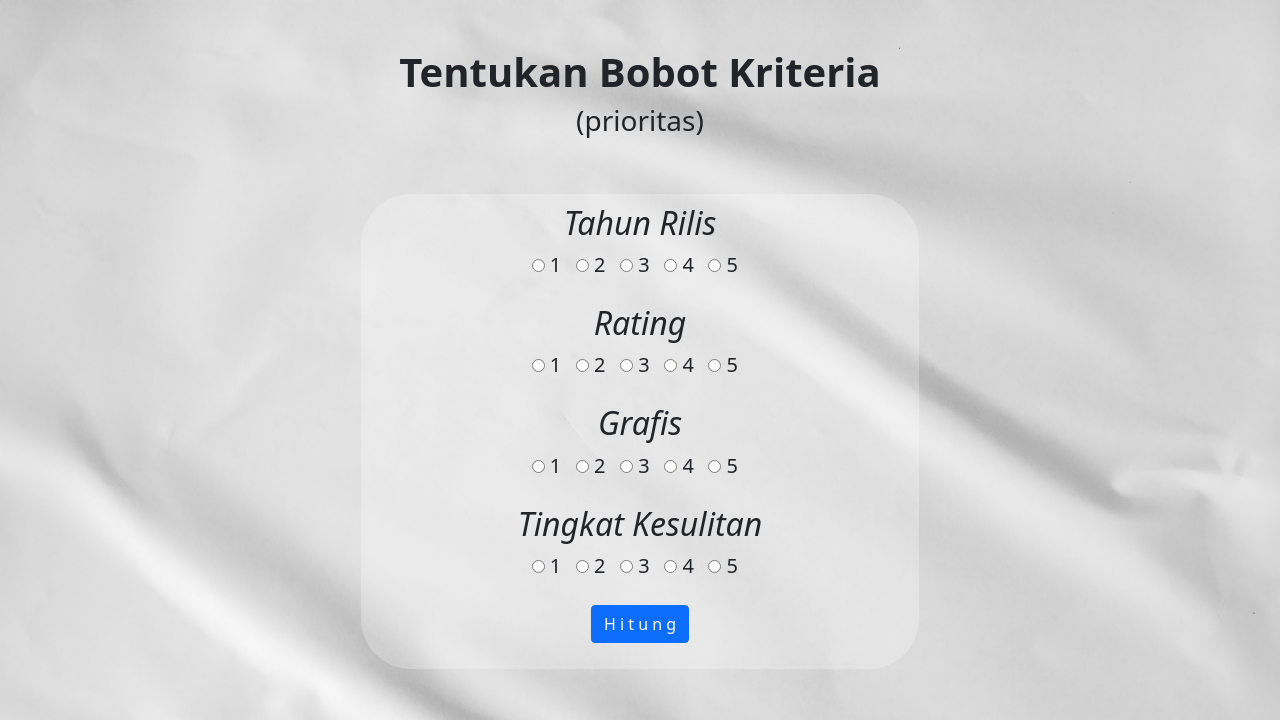
Repository: aqordeon/SPKWP
Page: http://localhost/hitungKriteria.php
The author's editor kept a copy of each file at every save. The page is drawn from the files as they stood at one save, then again after the next save.
The browser window is 1280 px wide. The pictures show the whole page.
The page is run by PHP 8.4 with error messages shown; the project is at /var/www/html/. Queries for data that is not in the repository find no rows.

Above is the page before, as saved 2021-01-13 23:52:02.

### hitungKriteria.php
<?php
        session_start();
        include "koneksi.php";

    ?><html lang="en">
<head>
    <meta charset="UTF-8">
    <meta name="viewport" content="width=device-width, initial-scale=1.0">
    <title>Bobot Kriteria</title>
    <link rel="stylesheet" href="css/bootstrap.css" type="text/css" />
    <style>
        body {
            background-image: url("images/whitepaper.jpg");
            background-color: #cccccc;
            background-size: cover;
        }
        label {
            font-size: 20px;
        }
    </style>
</head>
<body>
    <div class="container">
    <center>
        <Br><br>
        <h1><strong>Tentukan Bobot Kriteria</strong></h1>
        <h3>(prioritas)</h3>

        <br><br>
            <?php
                $tabelkriteria = mysqli_query($con, "SELECT * FROM tb_kriteria");
                $baristabelkriteria = mysqli_num_rows($tabelkriteria);
            ?>

            <!-- FORM -->
            <div class="container" style="padding: 10px; border-radius: 50px; width: 50%; background-color: rgba(255,255,255,0.25">
                <form method="post" action="" enctype='multipart/form-data'>
                    <h2 style=""><i>Tahun Rilis</i></h2>
                    <input type="radio" id="optradio_tahunrilis1" name="radio_tahunrilis" value="1" required="required"><label for="optradio_tahunrilis1">&nbsp;1&nbsp;&nbsp;</label>
                    <input type="radio" id="optradio_tahunrilis2" name="radio_tahunrilis" value="2"><label for="optradio_tahunrilis2">&nbsp;2&nbsp;&nbsp;</label>
                    <input type="radio" id="optradio_tahunrilis3" name="radio_tahunrilis" value="3"><label for="optradio_tahunrilis3">&nbsp;3&nbsp;&nbsp;</label>
                    <input type="radio" id="optradio_tahunrilis4" name="radio_tahunrilis" value="4"><label for="optradio_tahunrilis4">&nbsp;4&nbsp;&nbsp;</label>
                    <input type="radio" id="optradio_tahunrilis5" name="radio_tahunrilis" value="5"><label for="optradio_tahunrilis5">&nbsp;5&nbsp;&nbsp;</label>
                    <br>
                    <br>

                    <h2 style=""><i>Rating</i></h2>
                    <input type="radio" id="optradio_rating1" name="radio_rating" value="1" required="required"><label for="optradio_rating1">&nbsp;1&nbsp;&nbsp;</label>
                    <input type="radio" id="optradio_rating2" name="radio_rating" value="2"><label for="optradio_rating2">&nbsp;2&nbsp;&nbsp;</label>
                    <input type="radio" id="optradio_rating3" name="radio_rating" value="3"><label for="optradio_rating3">&nbsp;3&nbsp;&nbsp;</label>
                    <input type="radio" id="optradio_rating4" name="radio_rating" value="4"><label for="optradio_rating4">&nbsp;4&nbsp;&nbsp;</label>
                    <input type="radio" id="optradio_rating5" name="radio_rating" value="5"><label for="optradio_rating5">&nbsp;5&nbsp;&nbsp;</label>
                    <br>
                    <br>

                    <h2 style=""><i>Grafis</i></h2>
                    <input type="radio" id="optradio_grafis1" name="radio_grafis" value="1" required="required"><label for="optradio_grafis1">&nbsp;1&nbsp;&nbsp;</label>
                    <input type="radio" id="optradio_grafis2" name="radio_grafis" value="2"><label for="optradio_grafis2">&nbsp;2&nbsp;&nbsp;</label>
                    <input type="radio" id="optradio_grafis3" name="radio_grafis" value="3"><label for="optradio_grafis3">&nbsp;3&nbsp;&nbsp;</label>
                    <input type="radio" id="optradio_grafis4" name="radio_grafis" value="4"><label for="optradio_grafis4">&nbsp;4&nbsp;&nbsp;</label>
                    <input type="radio" id="optradio_grafis5" name="radio_grafis" value="5"><label for="optradio_grafis5">&nbsp;5&nbsp;&nbsp;</label>
                    <br>
                    <br>

                    <h2 style=""><i>Tingkat Kesulitan</i></h2>
                    <input type="radio" id="optradio_tingkatkesulitan1" name="radio_tingkatkesulitan" value="1" required="required"><label for="optradio_tingkatkesulitan1">&nbsp;1&nbsp;&nbsp;</label>
                    <input type="radio" id="optradio_tingkatkesulitan2" name="radio_tingkatkesulitan" value="2"><label for="optradio_tingkatkesulitan2">&nbsp;2&nbsp;&nbsp;</label>
                    <input type="radio" id="optradio_tingkatkesulitan3" name="radio_tingkatkesulitan" value="3"><label for="optradio_tingkatkesulitan3">&nbsp;3&nbsp;&nbsp;</label>
                    <input type="radio" id="optradio_tingkatkesulitan4" name="radio_tingkatkesulitan" value="4"><label for="optradio_tingkatkesulitan4">&nbsp;4&nbsp;&nbsp;</label>
                    <input type="radio" id="optradio_tingkatkesulitan5" name="radio_tingkatkesulitan" value="5"><label for="optradio_tingkatkesulitan5">&nbsp;5&nbsp;&nbsp;</label>

                    <br><Br>
                    <input type='submit' class="btn btn-primary" value='H i t u n g' name='but_upload'>
                </form>
            </div>

            <!-- <a href="hitung_vektor.php" class="btn btn-primary" name='kriteria_submit'>Submit</a>   mengarah ke hitung_vektor.php -->

    </center>

    <?php
        if(isset($_POST['but_upload'])){
            $_SESSION["bobotkriteria_tahunrilis"] = $_POST['radio_tahunrilis'];
            $_SESSION["bobotkriteria_rating"] = $_POST['radio_rating'];
            $_SESSION["bobotkriteria_grafis"] = $_POST['radio_grafis'];
            $_SESSION["bobotkriteria_tingkatkesulitan"] = $_POST['radio_tingkatkesulitan'];
            echo "<div class='alert alert-info'>Bobot Kriteria berhasil diterima.";
            echo "<meta http-equiv='refresh' content='1;url=hitung_vektor.php'>";
        }
    ?>

</div>
</body>
</html>

### koneksi.php
<?php
    $servername = "localhost";
    $username = "root";
    $password = "";
    $database = "db_spkwp";

    $con = mysqli_connect($servername, $username, $password, $database);

    // $ambilparagraf = $con->query("SELECT * FROM paragraph");
    // $cekdbparagraf = $ambilparagraf->fetch_assoc();
?>

Loaded but not shown: css/bootstrap.css (library)

After the next save:
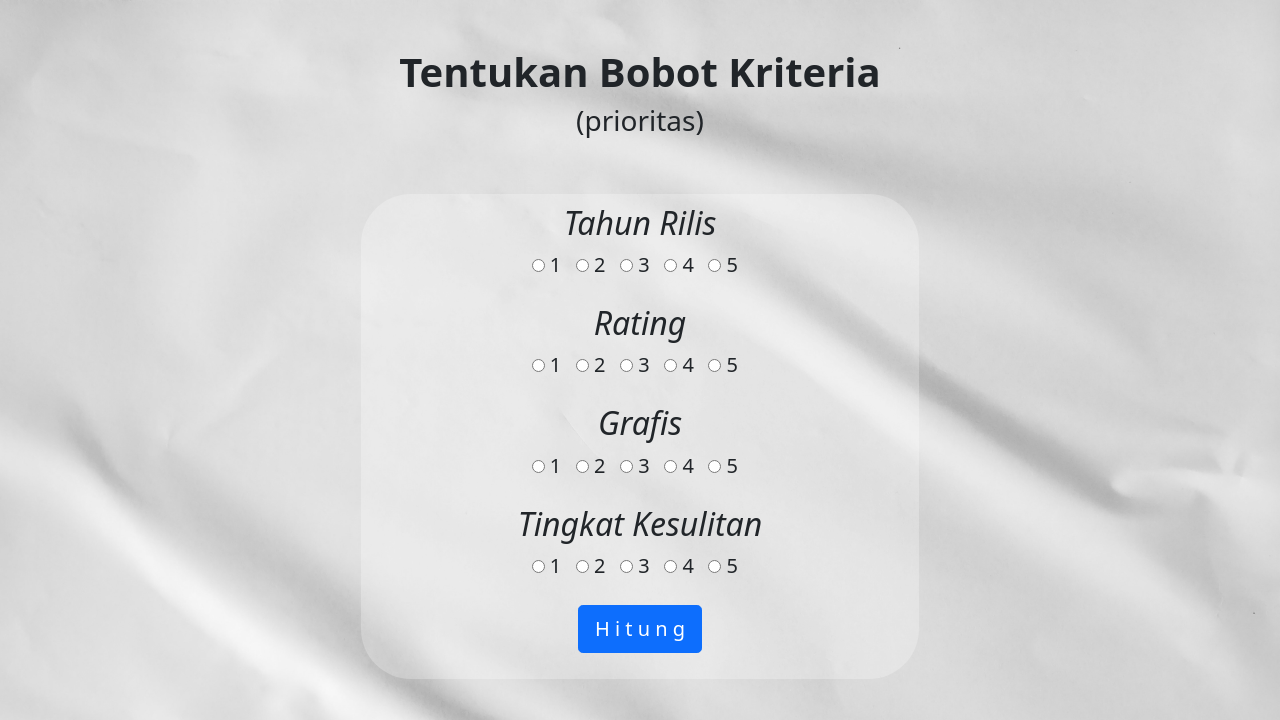
Saved 12 s later.
--- a/hitungKriteria.php
+++ b/hitungKriteria.php
@@ -70,7 +70,7 @@
                     <input type="radio" id="optradio_tingkatkesulitan5" name="radio_tingkatkesulitan" value="5"><label for="optradio_tingkatkesulitan5">&nbsp;5&nbsp;&nbsp;</label>
 
                     <br><Br>
-                    <input type='submit' class="btn btn-primary" value='H i t u n g' name='but_upload'>
+                    <input type='submit' class="btn btn-primary btn-lg" value='H i t u n g' name='but_upload'>
                 </form>
             </div>
 
